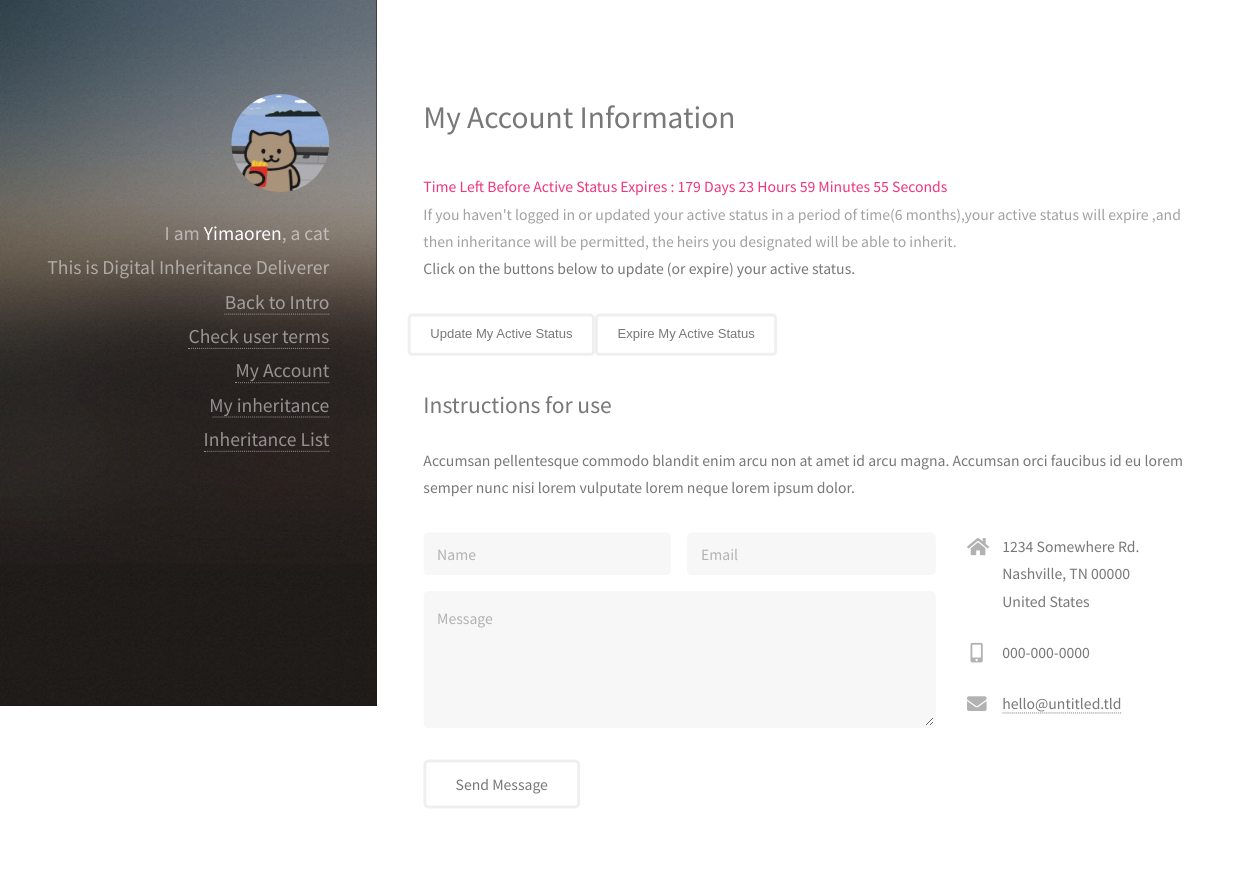
Repository: 1mocat/DID-blockchain-project
Page: Digital_I_D/app/src/myaccount.html
The author's editor kept a copy of each file at every save. The page is drawn from the files as they stood at one save, then again after a run of saves.
The browser window is 1280 px wide. The pictures show the whole page, at 98% of full size.

Above is the page before, as saved 2023-10-02 16:38:21.

### Digital_I_D/app/src/myaccount.html
<!DOCTYPE HTML>
<html>



<head>
	<title>Strata by HTML5 UP</title>
	<meta charset="utf-8" />
	<meta name="viewport" content="width=device-width, initial-scale=1, user-scalable=no" />
	<link rel="stylesheet" href="assets_account/css/main.css" />
	<style>
		#countdown {
			font-size: 16px;
			color: rgb(240, 55, 123);
		}
	</style>
</head>

<body class="is-preload">

	<!-- Header -->

	<header id="header">
		<div class="inner">
			<a href="#" class="image avatar"><img src="images/yimaoren.jpg" alt="" /></a>
			<h1>I am <strong>Yimaoren</strong>, a cat<br /></h1>
			<h1>This is Digital Inheritance Deliverer</h1>
			<h1><a href="index.html">Back to Intro</a></h1>
			<h1><a href="UserAgreement.html">Check user terms</a></h1>
			<h1><a href="NFTList.html">My Account</a></h1>
			<h1><a href="NFTList.html">My inheritance</a></h1>
			<h1><a href="AuctionList.html">Inheritance List</a></h1>
		</div>
	</header>

	<!-- Main -->
	<div id="main">

		<!-- One -->
		<section id="one">
			<header class="major">
				<h2>My Account Information</h2>
				<div id="countdown"></div>
				<script>
					// 目标日期：当前日期 + 30*6 天
					const targetDate = new Date();
					targetDate.setDate(targetDate.getDate() + 30*6);

					// 更新倒计时的函数
					function updateCountdown() {
						const currentDate = new Date();
						const timeDifference = targetDate - currentDate;

						if (timeDifference <= 0) {
							document.getElementById('countdown').innerHTML = '倒计时结束';
						} else {
							const days = Math.floor(timeDifference / (1000 * 60 * 60 * 24));
							const hours = Math.floor((timeDifference % (1000 * 60 * 60 * 24)) / (1000 * 60 * 60));
							const minutes = Math.floor((timeDifference % (1000 * 60 * 60)) / (1000 * 60));
							const seconds = Math.floor((timeDifference % (1000 * 60)) / 1000);

							const countdownText = `Time Left Before Active Status Expires : ${days} Days ${hours} Hours ${minutes} Minutes ${seconds} Seconds`;
							document.getElementById('countdown').innerHTML = countdownText;
						}
					}
					// 初始调用更新倒计时
					updateCountdown();
					// 每秒更新一次倒计时
					setInterval(updateCountdown, 1000);
				</script>
			</header>

			<p>If you haven't logged in or updated your active status in a period of time(6 months),your active status will expire ,and then inheritance will be permitted, the heirs you designated will be able to inherit.
				<br> <strong> Click on the buttons below to update (or expire) your active status. </strong>
				<br> <strong>
			</p>





			<ul class="actions">
				<button onclick="" class="button">Update My Active Status </button>
				<button onclick="" class="button">Expire My Active Status </button>
			</ul>
		</section>

		<!-- Three -->
		<section id="three">
			<h2>Instructions for use</h2>
			<p>Accumsan pellentesque commodo blandit enim arcu non at amet id arcu magna. Accumsan orci faucibus id eu
				lorem semper nunc nisi lorem vulputate lorem neque lorem ipsum dolor.</p>
			<div class="row">
				<div class="col-8 col-12-small">
					<form method="post" action="#">
						<div class="row gtr-uniform gtr-50">
							<div class="col-6 col-12-xsmall"><input type="text" name="name" id="name"
									placeholder="Name" /></div>
							<div class="col-6 col-12-xsmall"><input type="email" name="email" id="email"
									placeholder="Email" /></div>
							<div class="col-12"><textarea name="message" id="message" placeholder="Message"
									rows="4"></textarea></div>
						</div>
					</form>
					<ul class="actions">
						<li><input type="submit" value="Send Message" /></li>
					</ul>
				</div>
				<div class="col-4 col-12-small">
					<ul class="labeled-icons">
						<li>
							<h3 class="icon solid fa-home"><span class="label">Address</span></h3>
							1234 Somewhere Rd.<br />
							Nashville, TN 00000<br />
							United States
						</li>
						<li>
							<h3 class="icon solid fa-mobile-alt"><span class="label">Phone</span></h3>
							000-000-0000
						</li>
						<li>
							<h3 class="icon solid fa-envelope"><span class="label">Email</span></h3>
							<a href="#">hello@untitled.tld</a>
						</li>
					</ul>
				</div>
			</div>
		</section>



	</div>



	<!-- Scripts -->
	<script src="assets_account/js/jquery.min.js"></script>
	<script src="assets_account/js/jquery.poptrox.min.js"></script>
	<script src="assets_account/js/browser.min.js"></script>
	<script src="assets_account/js/breakpoints.min.js"></script>
	<script src="assets_account/js/util.js"></script>
	<script src="assets_account/js/main.js"></script>




</body>

</html>

Loaded but not shown: Digital_I_D/app/src/assets_account/js/jquery.min.js (library); Digital_I_D/app/src/assets_account/css/fontawesome-all.min.css (library); Digital_I_D/app/src/assets_account/js/jquery.poptrox.min.js (library); Digital_I_D/app/src/assets_account/js/browser.min.js (common file); Digital_I_D/app/src/assets_account/js/breakpoints.min.js (common file); Digital_I_D/app/src/assets_account/js/util.js (587 lines, source omitted); Digital_I_D/app/src/assets_account/js/main.js (117 lines, source omitted); Digital_I_D/app/src/assets_account/css/main.css (3221 lines, source omitted)

After the next 2 saves:
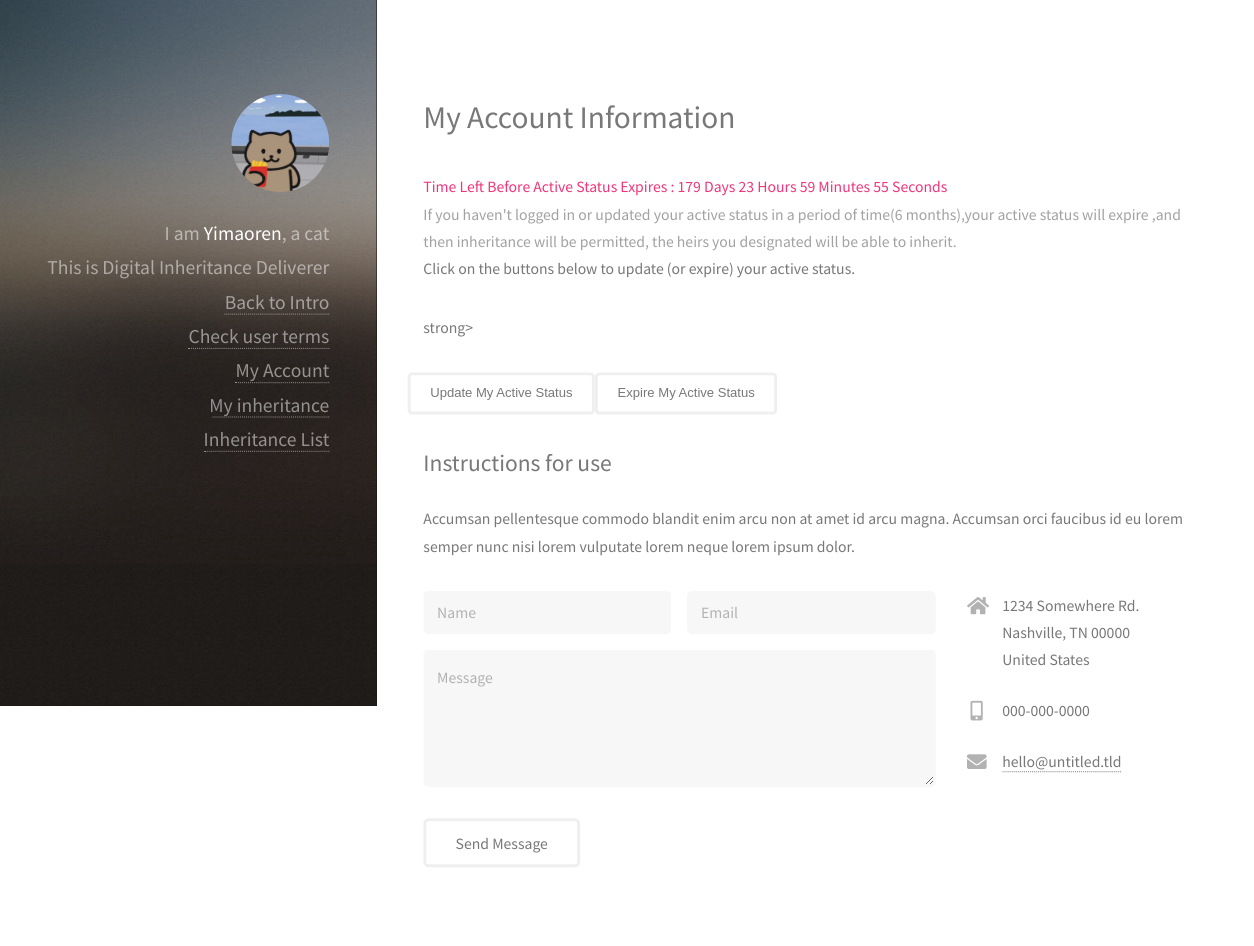
The 2 saves are shown as one change because they came seconds apart.
The last was saved 6 s later.
--- a/Digital_I_D/app/src/myaccount.html
+++ b/Digital_I_D/app/src/myaccount.html
@@ -72,7 +72,7 @@
 
 			<p>If you haven't logged in or updated your active status in a period of time(6 months),your active status will expire ,and then inheritance will be permitted, the heirs you designated will be able to inherit.
 				<br> <strong> Click on the buttons below to update (or expire) your active status. </strong>
-				<br> <strong>
+				<br> <strong></p>strong>
 			</p>
 
 
